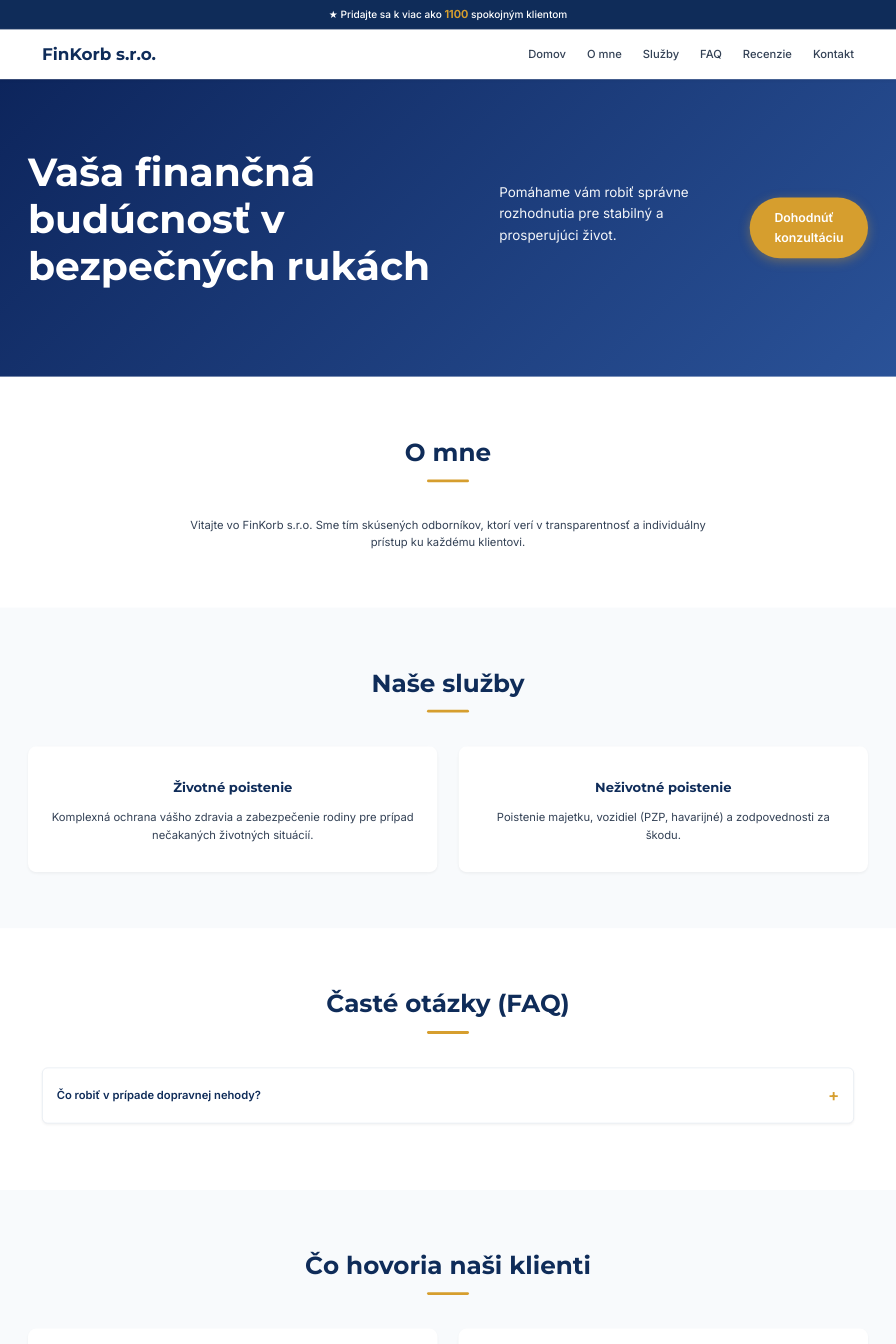
Repository: IvanK03/personal_web
Page: web/index.html
These files come from the project's save history. The page is drawn as it stood at one moment and after the next save; the edit follows.
The browser window is 1280 px wide. The pictures show the part of the page from y = 0 to 1920 px (the page is 2499 px tall before and 2882 px after), at 70% of full size.

Above is the page before, as saved 2026-02-22 12:11:40.

After the next save:
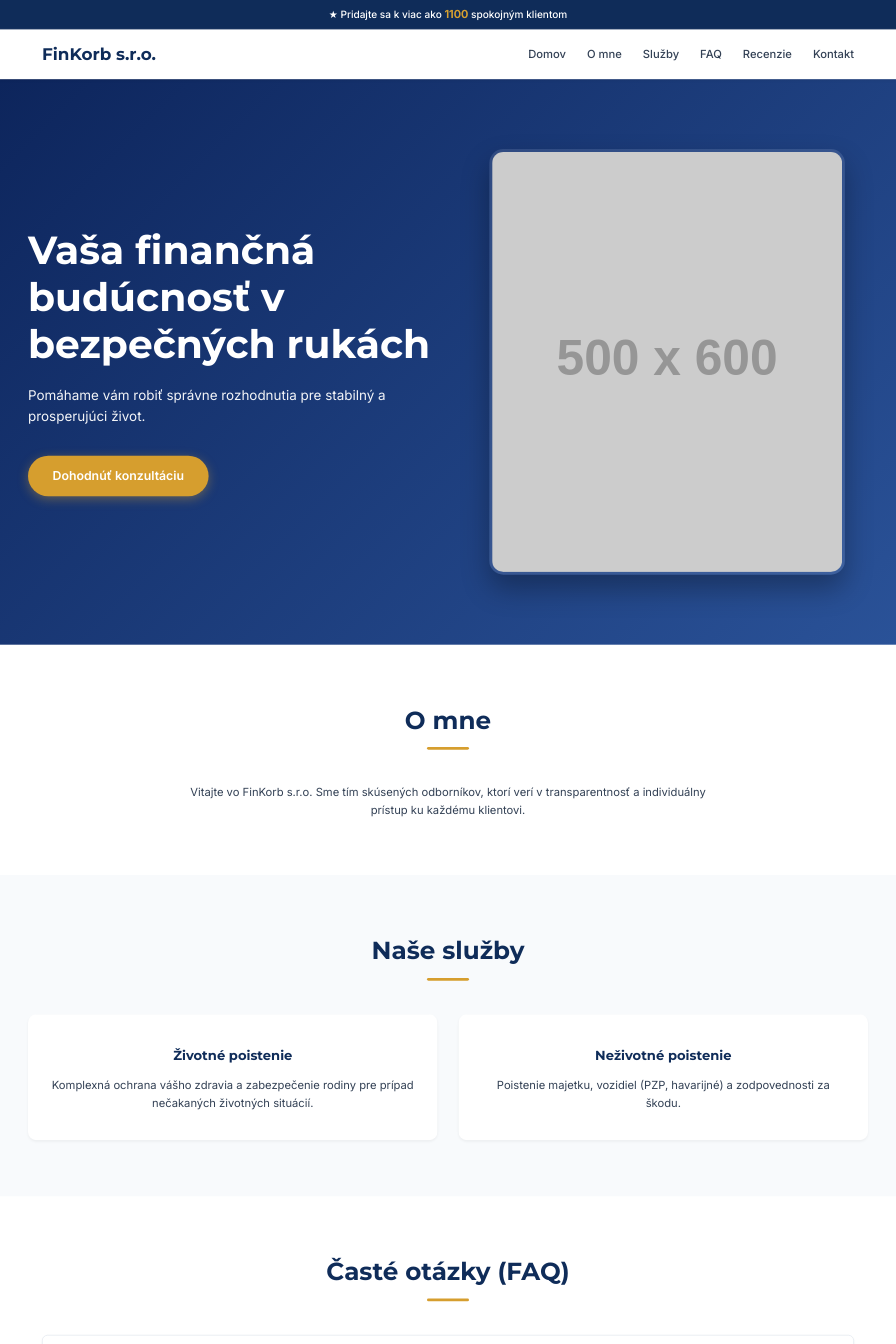
Saved 1 s later.
--- a/web/index.html
+++ b/web/index.html
@@ -33,9 +33,15 @@
         <!-- Hero sekcia -->
         <section id="hero">
             <div class="hero-content">
-                <h1>Vaša finančná budúcnosť v bezpečných rukách</h1>
-                <p>Pomáhame vám robiť správne rozhodnutia pre stabilný a prosperujúci život.</p>
-                <a href="#kontakt" class="btn-primary">Dohodnúť konzultáciu</a>
+                <div class="hero-text">
+                    <h1>Vaša finančná budúcnosť v bezpečných rukách</h1>
+                    <p>Pomáhame vám robiť správne rozhodnutia pre stabilný a prosperujúci život.</p>
+                    <a href="#kontakt" class="btn-primary">Dohodnúť konzultáciu</a>
+                </div>
+                <div class="hero-image">
+                    <!-- Dočasný placeholder obrázok. Neskôr zmeňte src na "images/moja-fotka.png" -->
+                    <img src="https://placehold.co/500x600/png?text=Moja+Fotka" alt="Finančný poradca - Ivan Korbini">
+                </div>
             </div>
         </section>
 
